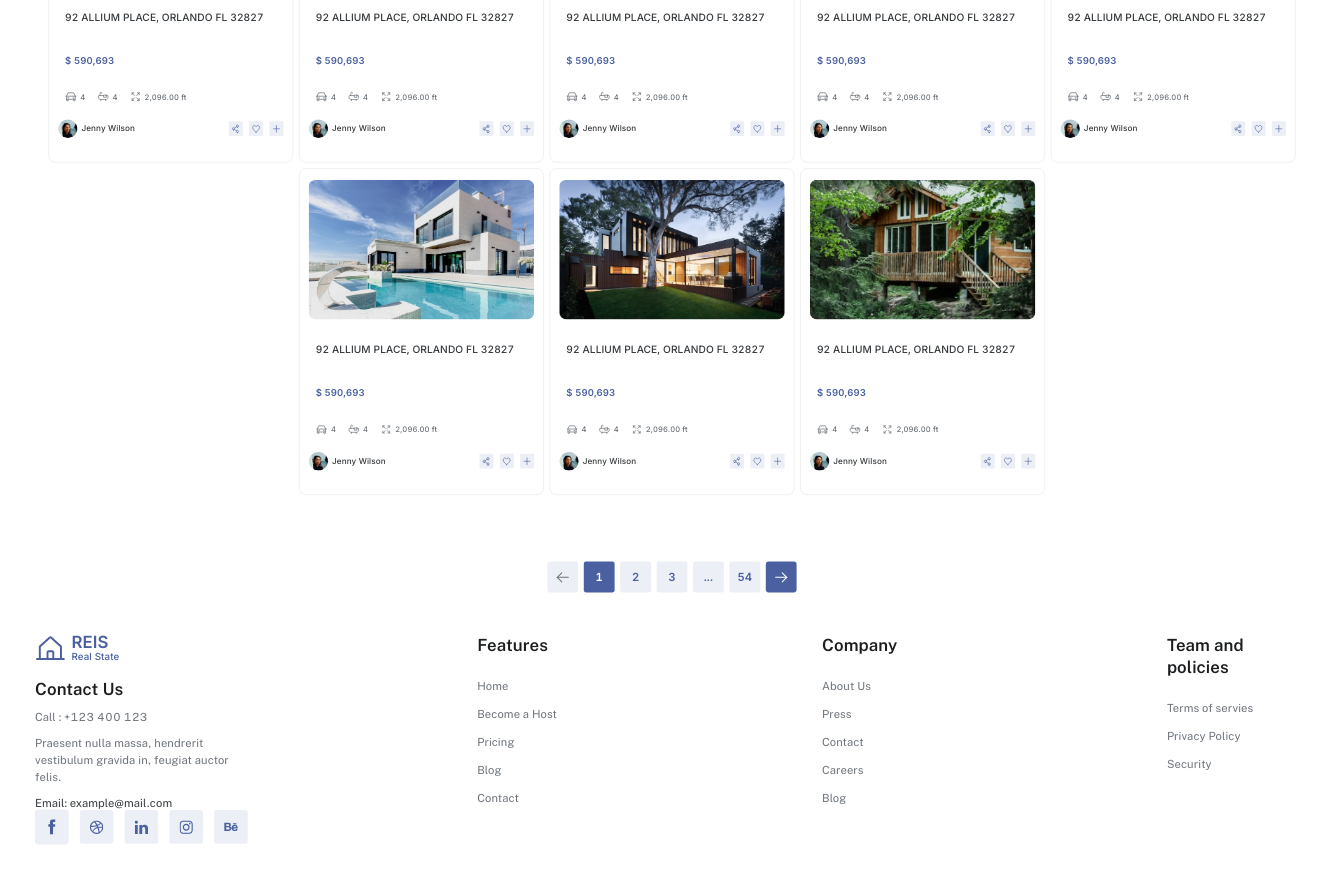
Repository: lvcg/realestatelocofy
Page: /properties
An editor plug-in stored every save of this project. The page is shown before and after the next save, followed by the edit.
The browser window is 1280 px wide. The page is 1920 px wide, so the pictures cover 1920 px, including what lies to the right of the window. The pictures show the part of the page from y = 755 to 2035 px (the page is 2012 px tall before and 2035 px after), at 70% of full size.
The project was rebuilt for these pictures with package versions that can differ from the ones it lists, and the page was loaded fresh each time. The framework's server and built-in components were replaced by stand-ins that run in the browser. Also part of the build but not shown: next.config.js.

Above is the page before, as saved 2023-08-14 17:22:44.

### pages/_app.js
import React from "react";
import Head from "next/head";

import { ThemeProvider, createTheme } from "@mui/material";
import CssBaseline from "@mui/material/CssBaseline";

import "./global.css";

export default function MyApp(props) {
  const { Component, pageProps } = props;

  React.useEffect(() => {
    // Remove the server-side injected CSS.
    const jssStyles = document.querySelector("#jss-server-side");
    if (jssStyles && jssStyles.parentElement) {
      jssStyles.parentElement.removeChild(jssStyles);
    }
  }, []);

  const muiTheme = createTheme();

  return (
    <React.Fragment>
      <Head>
        <title>real estate page</title>
        <meta
          name="viewport"
          content="minimum-scale=1, initial-scale=1, width=device-width"
        />
      </Head>
      <ThemeProvider theme={muiTheme}>
        {/* CssBaseline kickstart an elegant, consistent, and simple baseline to build upon. */}
        <CssBaseline />
        <Component {...pageProps} />
      </ThemeProvider>
    </React.Fragment>
  );
}

### pages/global.css
@import url("https://fonts.googleapis.com/css2?family=Inter:wght@400;500;600&display=swap");
@import url("https://fonts.googleapis.com/css2?family=Public+Sans:wght@400;600&display=swap");
@import url("https://fonts.googleapis.com/css2?family=Poppins:wght@700&display=swap");
@import url("https://fonts.googleapis.com/css2?family=Roboto:wght@400&display=swap");
@import url("https://fonts.googleapis.com/icon?family=Material+Icons");

@tailwind base;
@tailwind components;
@tailwind utilities;
body {
  @apply leading-[normal] m-0;
}
*,
::before,
::after {
  border-width: 0;
}

### components/header.js
const Header = ({ hamburger }) => {
  return (
    <header className="self-stretch bg-gray-white h-[98px] flex flex-row py-[22px] px-20 box-border items-center justify-center sticky w-full top-[0] [background:white] z-[2] text-center text-5xl text-primary-500 font-body-regular-600 lg:pl-10 lg:pr-10 lg:box-border md:pl-6 md:pr-6 md:box-border">
      <div className="flex-1 flex flex-row items-center justify-between">
        <div className="flex flex-row items-center justify-center gap-[8px]">
          <img className="relative w-11 h-11" alt="" src="/houseline.svg" />
          <div className="flex flex-col items-start justify-start">
            <div className="relative leading-[24px] font-semibold">REIS</div>
            <div className="relative text-sm leading-[16px] font-medium">
              Real State
            </div>
          </div>
        </div>
        <div className="flex flex-row items-center justify-end gap-[36px] text-sm text-primary-900 sm:flex">
          <div className="flex flex-row items-start justify-start gap-[30px] lg:hidden">
            <div className="relative leading-[22px]">HOME</div>
            <div className="relative leading-[22px]">ABOUT US</div>
            <div className="relative leading-[22px]">OUR AGENTS</div>
            <div className="relative leading-[22px] font-semibold">
              PROPERTIES
            </div>
            <div className="relative leading-[22px]">GALLERY</div>
            <div className="relative leading-[22px]">BLOG</div>
            <div className="relative leading-[22px]">CONTACT US</div>
            <div className="relative leading-[22px]">SEARCH</div>
          </div>
          {!hamburger && (
            <button className="cursor-pointer [border:none] p-0 bg-[transparent] hidden flex-row items-center justify-center lg:flex">
              <img
                className="relative w-6 h-6 overflow-hidden shrink-0 md:flex"
                alt=""
                src="/notification.svg"
              />
            </button>
          )}
        </div>
      </div>
    </header>
  );
};

export default Header;

### components/property-card.js
const PropertyCard = ({
  imageDimensions,
  imageDimensionIds,
  imageDimensionValues,
  imageDimensionIdsAndValue,
  imageDimensionIdsAndValue2,
  imageDimensionIdsAndValue3,
  imageDimensionIdsAndValue4,
  imageDimensionIdsAndValue5,
}) => {
  return (
    <div className="rounded-3xs bg-gray-white box-border w-[350px] h-[466.99px] flex flex-col py-[15px] px-[13px] items-start justify-start gap-[23px] text-left text-[14.51px] text-gray-700 font-body-regular-600 border-[1px] border-solid border-whitesmoke-100 hover:bg-gainsboro hover:cursor-pointer sm:w-[100%!important] sm:mb-5">
      <img
        className="self-stretch relative rounded-3xs max-w-full overflow-hidden h-[200px] shrink-0 object-cover"
        alt=""
        src={imageDimensions}
      />
      <div className="self-stretch flex flex-row p-2.5 items-start justify-start">
        <div className="flex-1 relative leading-[20.32px] font-medium">
          92 ALLIUM PLACE, ORLANDO FL 32827
        </div>
      </div>
      <div className="self-stretch flex flex-row p-2.5 items-start justify-start text-[13.55px] text-primary-500">
        <div className="relative leading-[18.98px] font-semibold">
          $ 590,693
        </div>
      </div>
      <div className="self-stretch flex flex-row py-0 px-2.5 items-start justify-start gap-[17px] text-[10.84px] text-gray-500">
        <div className="flex flex-row items-center justify-start gap-[4.35px]">
          <img
            className="relative w-[17.42px] h-[17.42px]"
            alt=""
            src={imageDimensionIds}
          />
          <div className="relative leading-[16.27px] font-medium">4</div>
        </div>
        <div className="flex flex-row items-center justify-start gap-[4.35px]">
          <img
            className="relative w-[17.42px] h-[17.42px]"
            alt=""
            src={imageDimensionValues}
          />
          <div className="relative leading-[16.27px] font-medium">4</div>
        </div>
        <div className="flex flex-row items-center justify-start gap-[4.35px]">
          <img
            className="relative w-[17.42px] h-[17.42px]"
            alt=""
            src={imageDimensionIdsAndValue}
          />
          <div className="relative leading-[16.27px] font-medium">
            2,096.00 ft
          </div>
        </div>
      </div>
      <div className="self-stretch flex flex-row items-center justify-between text-center text-[11.61px]">
        <div className="flex flex-row items-center justify-start gap-[5.81px]">
          <img
            className="relative rounded-[50%] w-[27.57px] h-[27.57px] object-cover"
            alt=""
            src={imageDimensionIdsAndValue2}
          />
          <div className="relative leading-[17.42px] font-medium">
            Jenny Wilson
          </div>
        </div>
        <div className="flex flex-row items-start justify-start gap-[8.71px]">
          <div className="rounded-[1.45px] bg-primary-50 flex flex-row p-[2.902620315551758px] items-start justify-start">
            <img
              className="relative w-[14.51px] h-[14.51px]"
              alt=""
              src={imageDimensionIdsAndValue3}
            />
          </div>
          <div className="rounded-[1.45px] bg-primary-50 flex flex-row p-[2.902620315551758px] items-start justify-start">
            <img
              className="relative w-[14.51px] h-[14.51px]"
              alt=""
              src={imageDimensionIdsAndValue4}
            />
          </div>
          <div className="rounded-[1.45px] bg-primary-50 flex flex-row p-[2.902620315551758px] items-start justify-start">
            <img
              className="relative w-[14.51px] h-[14.51px]"
              alt=""
              src={imageDimensionIdsAndValue5}
            />
          </div>
        </div>
      </div>
    </div>
  );
};

export default PropertyCard;

### components/footer.js
import { useMemo } from "react";

const Footer = () => {
  return (
    <div
      className="self-stretch overflow-hidden flex flex-row p-[50px] items-start justify-start md:w-auto md:flex-row sm:flex-col"
    >
      <footer className="flex-1 flex flex-row items-start justify-between text-left text-5xl text-gray-black font-body-regular-400 md:flex-col md:gap-[50px] sm:flex-col sm:gap-[50px]">
        <div className="w-[312px] flex flex-col items-start justify-start gap-[20px] text-center text-primary-500 font-body-regular-600">
          <div className="flex flex-row items-center justify-center gap-[8px]">
            <img className="w-11 h-11" alt="" src="/houseline.svg" />
            <div className="flex flex-col items-start justify-start">
              <div className="leading-[24px] font-semibold">REIS</div>
              <div className="text-sm leading-[16px] font-medium">
                Real State
              </div>
            </div>
          </div>
          <div className="h-[168px] flex flex-col items-start justify-start gap-[13px] text-left text-base text-gray-500 font-body-regular-400">
            <div className="relative text-5xl leading-[32px] font-semibold text-gray-black">
              Contact Us
            </div>
            <div className="relative leading-[24px]">Call : +123 400 123</div>
            <div className="relative leading-[24px] flex items-end w-[312px]">
              Praesent nulla massa, hendrerit vestibulum gravida in, feugiat
              auctor felis.
            </div>
            <div className="relative leading-[24px] text-gray-700">
              Email: example@mail.com
            </div>
          </div>
          <div className="w-[304px] flex flex-row items-center justify-between">
            <div className="rounded bg-primary-50 flex flex-col p-3.5 items-center justify-center">
              <img
                className="w-5 h-[21.67px]"
                alt=""
                src="/social-media-logo.svg"
              />
            </div>
            <div className="rounded bg-primary-50 flex flex-col p-3.5 items-center justify-center">
              <img
                className="relative w-5 h-5 overflow-hidden shrink-0"
                alt=""
                src="/social-media-logo1.svg"
              />
            </div>
            <div className="rounded bg-primary-50 flex flex-col p-3.5 items-center justify-center">
              <img
                className="relative w-5 h-5 overflow-hidden shrink-0"
                alt=""
                src="/social-media-logo2.svg"
              />
            </div>
            <div className="rounded bg-primary-50 flex flex-col p-3.5 items-center justify-center">
              <img
                className="relative w-5 h-5 overflow-hidden shrink-0"
                alt=""
                src="/social-media-logo3.svg"
              />
            </div>
            <div className="rounded bg-primary-50 flex flex-col p-3.5 items-center justify-center">
              <img
                className="relative w-5 h-5 overflow-hidden shrink-0"
                alt=""
                src="/social-media-logo4.svg"
              />
            </div>
          </div>
        </div>
        <div className="w-[173px] h-[248px] flex flex-col items-start justify-start gap-[32px]">
          <div className="relative leading-[32px] font-semibold">Features</div>
          <div className="self-stretch h-[184px] flex flex-col items-start justify-start gap-[16px] text-base text-gray-500">
            <div className="relative leading-[24px]">Home</div>
            <div className="relative leading-[24px]">Become a Host</div>
            <div className="relative leading-[24px]">Pricing</div>
            <div className="relative leading-[24px]">Blog</div>
            <div className="relative leading-[24px]">Contact</div>
          </div>
        </div>
        <div className="w-[173px] h-[248px] flex flex-col items-start justify-start gap-[32px]">
          <div className="relative leading-[32px] font-semibold">Company</div>
          <div className="self-stretch h-[184px] flex flex-col items-start justify-start gap-[16px] text-base text-gray-500">
            <div className="relative leading-[24px]">About Us</div>
            <div className="relative leading-[24px]">Press</div>
            <div className="relative leading-[24px]">Contact</div>
            <div className="relative leading-[24px]">Careers</div>
            <div className="relative leading-[24px]">Blog</div>
          </div>
        </div>
        <div className="w-[203px] h-[168px] flex flex-col items-start justify-start gap-[32px]">
          <div className="relative leading-[32px] font-semibold">
            Team and policies
          </div>
          <div className="self-stretch h-[104px] flex flex-col items-start justify-start gap-[16px] text-base text-gray-500">
            <div className="relative leading-[24px]">Terms of servies</div>
            <div className="relative leading-[24px]">Privacy Policy</div>
            <div className="relative leading-[24px]">Security</div>
          </div>
        </div>
      </footer>
    </div>
  );
};

export default Footer;

### tailwind.config.js
/** @type {import('tailwindcss').Config} */
module.exports = {
  content: [
    "./pages/**/*.{js,ts,jsx,tsx}",
    "./components/**/*.{js,ts,jsx,tsx}",
  ],
  theme: {
    extend: {
      colors: {
        "gray-500": "#6d737a",
        "gray-black": "#1b1d1f",
        "primary-50": "#edeff6",
        "gray-700": "#363a3d",
        "primary-500": "#4a60a1",
        "gray-white": "#fff",
        whitesmoke: {
          "100": "#eaeaea",
          "200": "#e7e9eb",
        },
        gainsboro: "rgba(226, 226, 226, 0.1)",
        "primary-900": "#0f1320",
        gray: "rgba(0, 0, 0, 0.5)",
        darkgray: "#9c9c9c",
        slategray: "#576074",
        darkslategray: "#434343",
        lightslategray: "#889099",
        "primary-800": "#1e2640",
        "primary-700": "#2c3a61",
      },
      fontFamily: {
        "body-regular-400": "'Public Sans'",
        "body-regular-600": "Inter",
        "components-input-text": "Roboto",
        poppins: "Poppins",
      },
      borderRadius: {
        "10xs": "3px",
        "3xs": "10px",
        "11xs-5": "1.5px",
      },
    },
    fontSize: {
      base: "16px",
      "5xl": "24px",
      sm: "14px",
      "xs-6": "11.6px",
      "2xs-8": "10.8px",
      "sm-6": "13.6px",
      "mini-5": "14.5px",
      "33xl": "52px",
      lg: "18px",
      xl: "20px",
      "21xl": "40px",
    },
    screens: {
      lg: {
        max: "1200px",
      },
      md: {
        max: "960px",
      },
      sm: {
        max: "420px",
      },
    },
  },
  corePlugins: {
    preflight: false,
  },
};

Loaded but not shown: pages/properties.js (211 lines, source omitted)

After the next save:
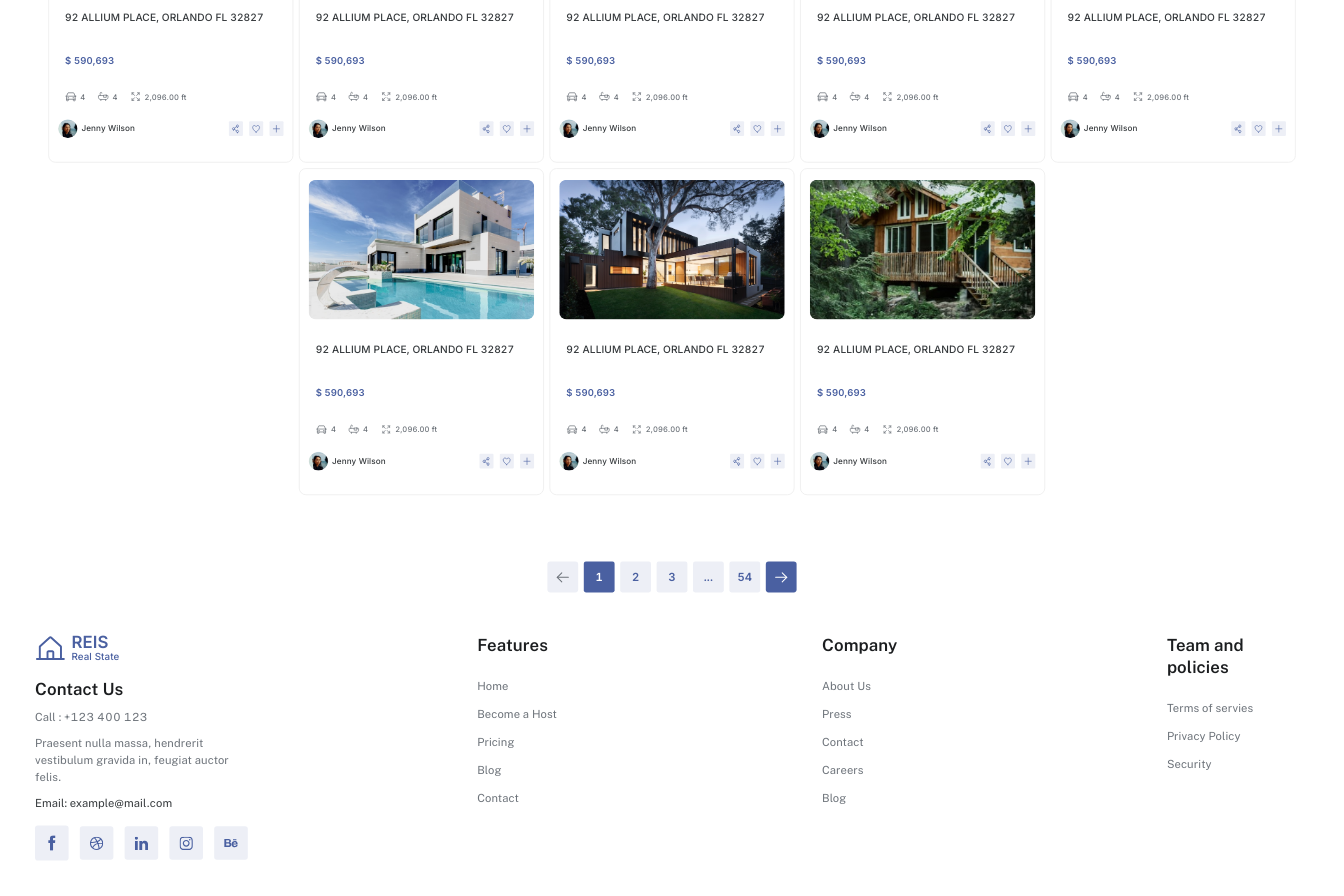
Saved 23 s later.
--- a/components/footer.js
+++ b/components/footer.js
@@ -16,7 +16,7 @@ const Footer = () => {
               </div>
             </div>
           </div>
-          <div className="h-[168px] flex flex-col items-start justify-start gap-[13px] text-left text-base text-gray-500 font-body-regular-400">
+          <div className="flex flex-col items-start justify-start gap-[13px] text-left text-base text-gray-500 font-body-regular-400">
             <div className="relative text-5xl leading-[32px] font-semibold text-gray-black">
               Contact Us
             </div>
